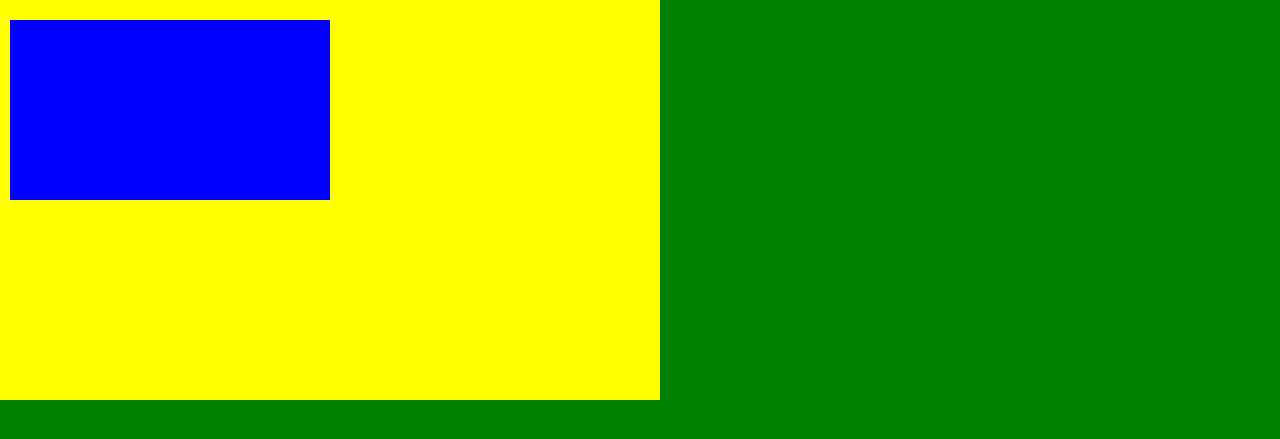
Repository: wonjunknag/kakao-clone
Page: 02-box-model/index.html
These files come from the project's save history. The page is drawn as it stood at one moment and after the next save; the edit follows.
The browser window is 1280 px wide. The pictures show the whole page.

Above is the page before, as saved 2020-06-30 23:03:57.

### 02-box-model/index.html
<!DOCTYPE html>
<html lang="en">
  <head>
    <meta charset="UTF-8" />
    <meta name="viewport" content="width=device-width, initial-scale=1.0" />
    <meta http-equiv="X-UA-Compatible" content="ie=edge" />
    <title>Box model</title>
    <style>
      body,
      html {
        padding: 0;
        margin: 0;
        background-color: green;
        height: 100%;
      }
      .box {
        background-color: yellow;
        width: 50%;
        height: 50%;
        padding: 20px 10px;
      }
      .inside-box {
        background-color: blue;
        width: 50%;
        height: 50%;
      }
    </style>
  </head>
  <body>
    <div class="box">
      <div class="inside-box"></div>
    </div>
  </body>
</html>

After the next save:
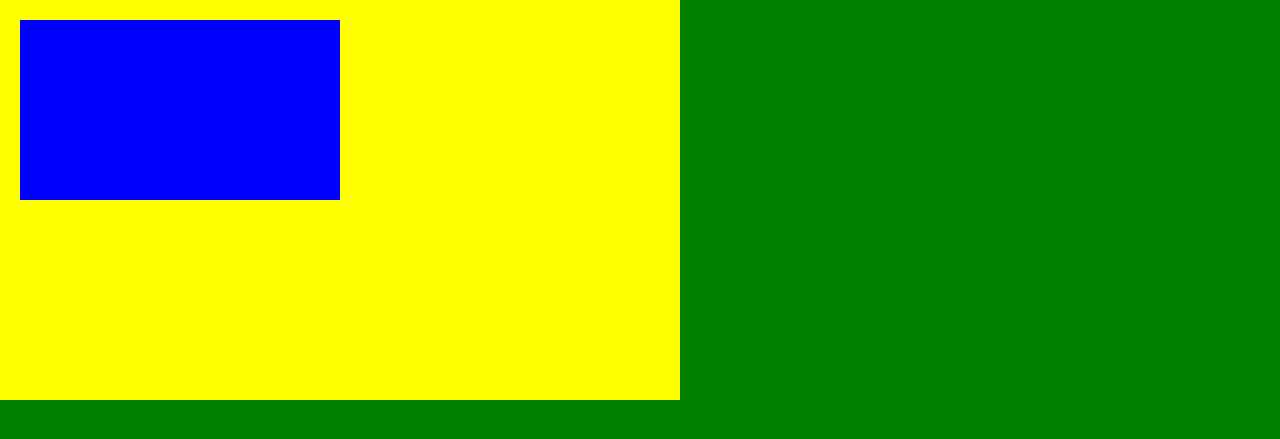
Saved 8 s later.
--- a/02-box-model/index.html
+++ b/02-box-model/index.html
@@ -17,7 +17,7 @@
         background-color: yellow;
         width: 50%;
         height: 50%;
-        padding: 20px 10px;
+        padding: 20px 20px;
       }
       .inside-box {
         background-color: blue;
